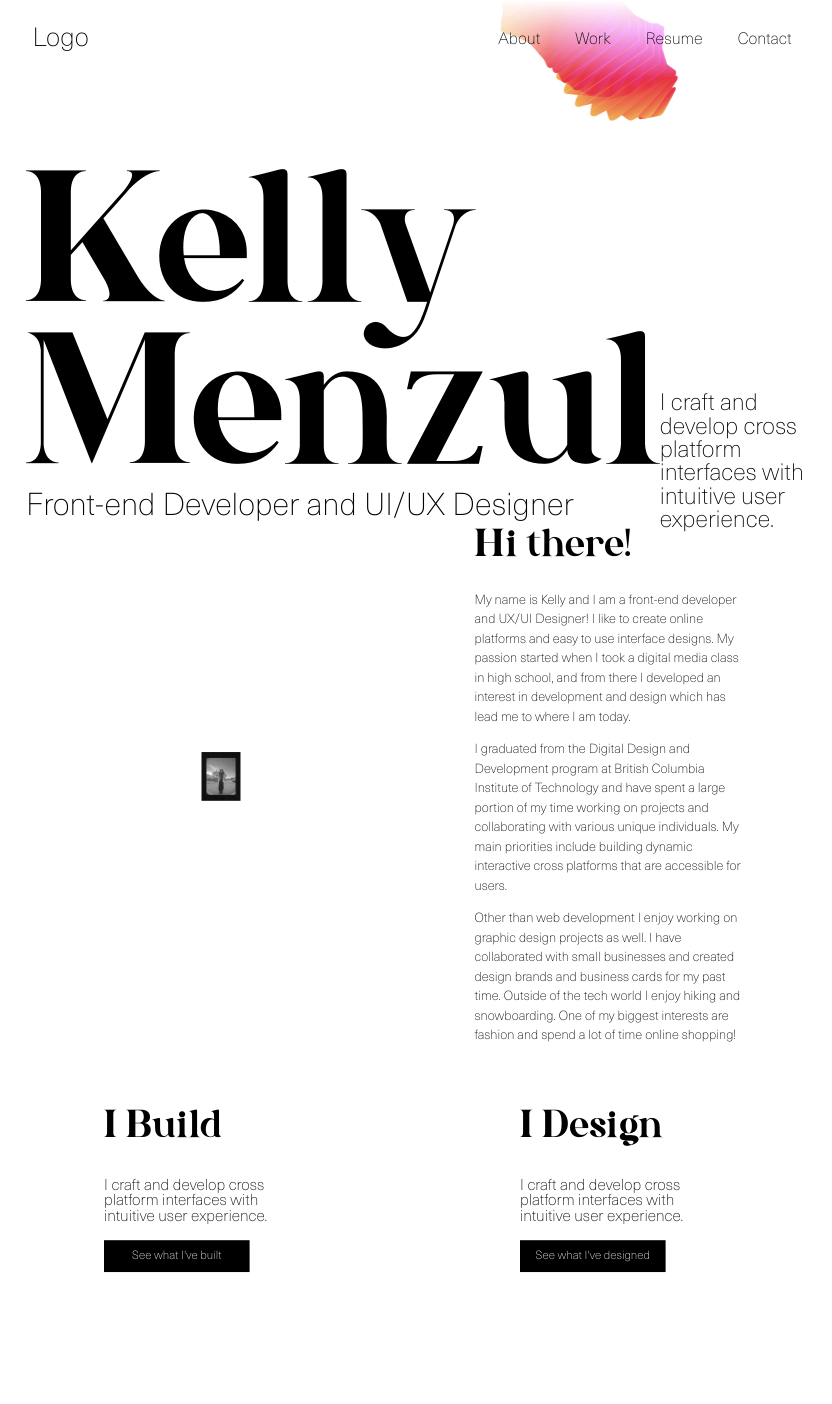
Repository: KellyMenzul/Kelly-Menzul
Page: /
An editor plug-in stored every save of this project. The page is shown before and after the next save, followed by the edit.
The browser window is 1280 px wide. The pictures show the whole page, at 65% of full size.
The project was rebuilt for these pictures with package versions that can differ from the ones it lists, and the page was loaded fresh each time. The framework's server and built-in components were replaced by stand-ins that run in the browser. Also part of the build but not shown: next.config.js.

Above is the page before, as saved 2022-01-20 15:10:05.

### pages/_document.js
import Document from 'next/document';
import { ServerStyleSheet } from 'styled-components';

export default class MyDocument extends Document {
 static async getInitialProps(ctx) {
   const sheet = new ServerStyleSheet();
   const originalRenderPage = ctx.renderPage;

   try {
     ctx.renderPage = () =>
       originalRenderPage({
         enhanceApp: (App) => (props) =>
           sheet.collectStyles(<App {...props} />),
       });

     const initialProps = await Document.getInitialProps(ctx);
     return {
       ...initialProps,
       styles: (
         <>
           {initialProps.styles}
           {sheet.getStyleElement()}
         </>
       ),
     };
   } finally {
     sheet.seal();
   }
 }
}

### pages/index.js
import Image from 'next/image'
import styled from 'styled-components'
import MenuBar from '../comps/MenuBar'
import Name from '../comps/Name'
import Position from '../comps/Position'
import Intro from '../comps/Intro'
import Head from '../comps/Head'
import Work from '../comps/Work'
import { useState, useEffect } from "react";
import Load from '../comps/Load'


const Holder = styled.div`
display:flex;
flex-direction:column;
width:100%;
flex-wrap:wrap;
`
const MenuHolder = styled.div`
display:flex;
flex-direction:column;
width:100%;
position:fixed;
`
const LandingHolder = styled.div`
display:flex;
position:relative;
width:100%;
height:100vh;
padding:40px;
flex-wrap:wrap;
`
const LandingHolderLeft = styled.div`
display:flex;
width:100%;
flex:2;
flex-direction:column;
justify-content:flex-end;
`

const LandingHolderRight = styled.div`
display:flex;
flex:1;
align-items:flex-end;
justify-content:flex-end;
`

const NameHolder = styled.div``

const IntroHolder = styled.div`
display:flex;
`
// About

const AboutHolder = styled.div`
display:flex;
flex-direction:row;
width:100%;
height:100vh;
padding:40px;
flex-wrap:wrap;
`

const  AboutHolderLeft = styled.div`
flex:1;
display:flex;
flex-direction:column;
justify-content:center;
align-items:center;
`

const  AboutHolderRight = styled.div`
display:flex;
flex-direction:column;
align-items:center;
justify-content:center;
flex:1;
`
const AboutMeHolder = styled.div`
display:flex;
flex-direction:column;
width:70%;
`

// work

const WorkHolder = styled.div `
display:flex;
flex-direction:row;
width:100%;
height:100vh;
flex-wrap:wrap;
`
const  WorkHolderLeft = styled.div`
display:flex;
align-items:center;
justify-content:center;
flex:1;
`

const  WorkHolderRight = styled.div`
flex:1;
display:flex;
align-items:center;
justify-content:center;
`

const LoadHolder = styled.div`
position:absolute;
z-index:-1;
left:40% ;
bottom:40%;
`
const TextHolder  =styled.div``

const HeroImage = styled.img`
width:10%;
`

export default function Home() {
  // const [setup1, setSetup1] =  useState(false)

  // if (setup1 === false) {
  //   setTimeout(() => {
  //     setSetup1(true)
  //   },5000)

  //   return <LoadHolder>
  //     <Load/>
  //     <TextHolder>Welcome</TextHolder>
  //   </LoadHolder>
  // }

  return (
    <Holder>
      <MenuHolder>
        <MenuBar />
      </MenuHolder>


      <LandingHolder id='landing'>
        <LoadHolder>
          <Load/>
        </LoadHolder>

        <LandingHolderLeft>
          <NameHolder>
            <Name/>
            <Position topmargin='-160px'/>
          </NameHolder>
        </LandingHolderLeft>

        <LandingHolderRight>
          <IntroHolder>
           <Intro/>
          </IntroHolder>
        </LandingHolderRight>
      </LandingHolder>

      <AboutHolder id='about'>
        <AboutHolderLeft>
          <HeroImage width="70%" src='/me.png'/>
        </AboutHolderLeft>
        <AboutHolderRight>
            <AboutMeHolder>
              <Head text='Hi there!'/>
              <Position fontsize='20px' text='My name is Kelly and I am a front-end developer and UX/UI Designer! I like to create online platforms and easy to use interface designs. My passion started when I took a digital media class in high school, and from there I developed an interest in development and design which has lead me to where I am today.'/>
              <Position fontsize='20px' text='I graduated from the Digital Design and Development program at British Columbia Institute of Technology and have spent a large portion of my time working on projects and collaborating with various unique individuals. My main priorities include building dynamic interactive cross platforms that are accessible for users.'/>
              <Position fontsize='20px' text='Other than web development I enjoy working on graphic design projects as well. I have collaborated with small businesses and created design brands and business cards for my past time. Outside of the tech world I enjoy hiking and snowboarding. One of my biggest interests are fashion and spend a lot of time online shopping!'/>
            </AboutMeHolder>
        </AboutHolderRight>
      </AboutHolder>

      <WorkHolder id='work'>
        <WorkHolderLeft>
          <Work routeTo='/development' buttontext="See what I've built" text='I craft and develop cross platform interfaces with intuitive user experience.' headerhere='I Build'/>
        </WorkHolderLeft>
        <WorkHolderRight>
          <Work routeTo='/design' buttontext="See what I've designed" text='I craft and develop cross platform interfaces with intuitive user experience.' headerhere='I Design'/>
        </WorkHolderRight>
      </WorkHolder>



    </Holder>
  )
}

### styles/globals.css
@font-face {
  font-family: "textbold";
  src: url(../public/fonts/NeueHaasUnica/NeueHaasUnica-Bold.ttf);
  font-display: swap;
}

@font-face {
  font-family: "textlight";
  src: url(../public/fonts/NeueHaasUnica/NeueHaasUnica-ExtraLight.ttf);
  font-display: swap;
}

@font-face {
  font-family: "heading";
  src: url(../public/fonts/GishellaMorely/Gishella\ Morely.ttf);
  font-display: swap;
}

html,
body {
  padding: 0;
  margin: 0;
  font-family: "textlight";
  scroll-behavior: smooth;
}


a {
  color: inherit;
  text-decoration: none;
}

* {
  box-sizing: border-box;
}

### comps/MenuBar/index.js
import styled from "styled-components";
import React from "react";
import Link from "next/link";

const Holder = styled.div `
display:flex;
align-items:center;
justify-content:center;
width:100%;
background: rgb(255,255,255);
background: linear-gradient(180deg, rgba(255,255,255,1) 0%, rgba(148,187,233,0) 100%);
`
const LogoHolder = styled.div `
margin-left:50px;
`

const Left = styled.div`
flex:1;
`

const Right = styled.div`
flex:1;
display:flex;
justify-content:flex-end;
`

const MenuButtonHolder = styled.div`
display:flex;
flex-firection:row;
width:100%;
justify-content:flex-end;
gap:30px;
margin-right:50px;
`

const MenuButton = styled.button`
border-style:none;
background-color:${props=>props.bgcolor};
font-family:"textlight";
font-size:25px;
color:black;
padding:12px;

&:hover {
    text-decoration:underline;
}
`

const Logo = styled.p`
font-size:40px;
`


const MenuBar = ({
    onButtonPress=()=>{},
    bgcolor="transparent",
}) => {

    return <Holder>
        <Left>
            <Link href="#landing">
            <LogoHolder>
                <Logo>Logo</Logo>
            </LogoHolder>
            </Link>
        </Left>
        <Right>
            <MenuButtonHolder>
                <Link href="#about">
                    <MenuButton bgcolor={bgcolor} onClick={()=>{onButtonPress()}}>About</MenuButton>
                </Link>

                <Link href="#work">
                <MenuButton bgcolor={bgcolor}>Work</MenuButton>
                </Link>

                <MenuButton bgcolor={bgcolor}>Resume</MenuButton>

                <Link href="mailto:kmnzul@gmail.com">
                <MenuButton bgcolor={bgcolor}>Contact</MenuButton>
                </Link>

            </MenuButtonHolder>
        </Right>
    </Holder>
}

export default MenuBar;

### comps/Name/index.js
import styled from "styled-components";
import React from "react";
import { style } from "@mui/system";

const TextHolder = styled.div `
dispay:flex;
flex-wrap:wrap;
width:100%;

`

const Text = styled.h1`
font-family:"heading";
font-size:288px;
font-weight:400;
line-height:250px;
`

const Name = ({}) => {
    return <TextHolder>
        <Text>Kelly Menzul</Text>
        </TextHolder>

}

export default Name;

### comps/Position/index.js
import styled from "styled-components";
import React from "react";

const TextHolder = styled.div`
dispay:flex;
flex-wrap:wrap;
width:100%;
`

const Text = styled.p`
font-family:"textlight";
font-size:${props=>props.fontsize};
font-weight:400;
margin-top:${props=>props.topmargin};
line-height:30px;
`
// margin-top:-160px;
const Position = ({
    text = "Front-end Developer and UI/UX Designer",
    fontsize = "48px",
    topmargin = "0px"
}) => {
    return <TextHolder>
    <Text topmargin={topmargin} fontsize={fontsize}>{text}</Text>
    </TextHolder>
}

export default Position;

### comps/Intro/index.js
import styled from "styled-components";
import React from "react";

const TextHolder = styled.div `
dispay:flex;
flex-wrap:wrap;
width:100%;

`

const Text = styled.h1`
font-family:"textlight";
font-weight:400;
font-size:36px;
`

const Intro = ({}) => {
    return <TextHolder>
        <Text>I craft and develop cross platform interfaces with intuitive user experience.</Text>
        </TextHolder>

}

export default Intro;

### comps/Head/index.js
import styled from "styled-components";
import React from "react";

const TextHolder = styled.div `
dispay:flex;
flex-wrap:wrap;
width:100%;

`

const Text = styled.h1`
font-family:"heading";
font-size:${props=>props.headsize};
font-weight:400;
`

const Head = ({
    headsize="60px",
    text="Heading"
}) => {
    return <TextHolder>
        <Text headsize={headsize}>{text}</Text>
        </TextHolder>

}

export default Head;

### comps/Work/index.js
import styled from "styled-components";
import React from "react";
import Head from "../Head";
import Position from "../Position";
import router, {useRouter} from 'next/router';

const Holder = styled.div `
display:flex;
flex-direction:column;
width:50%;
`

const Header = styled.h2 `
font-family:"heading";
font-size:${props=>props.headsize};
font-weight:400;
`

const Text = styled.p `
font-family:"textlight";
font-size:${props=>props.fontsize};
font-weight:400;
margin-top:${props=>props.topmargin};
`

const Button = styled.button `
border-style:none;
font-family:"textlight";
color:white;
background-color:black;
font-size:18px;
padding:15px;
width:70%;
transition:1s;

&: hover {
    background-color:#FF312E;
}


`

// margin-top:-160px;
const Work = ({
    headsize="60px",
    text = "text",
    fontsize = "24px",
    topmargin = "0px",
    headerhere='header',
    buttontext =  "buttontext",
    routeTo = '/.'

}) => {
    return <Holder>
        <Header headsize={headsize}>{headerhere}</Header>
        <Text topmargin={topmargin} fontsize={fontsize}>{text}</Text>
        <Button onClick={()=>router.push(routeTo)}>{buttontext}</Button>

    </Holder>
}

export default Work;

### comps/Load/index.js
import styled from 'styled-components';
import React, {useEffect, useRef, useState} from 'react';
import lottie from 'lottie-web';


const Container = styled.div`
    max-width:100%;
`

// const Buttons = styled.button``
var anim = null;


const Load = ({}) => {
    const container = useRef(null)

    useEffect(() => {
        anim = lottie.loadAnimation({
            container: container.current,
            renderer: 'svg',
            loop: true,
            autoplay:true,
            animationData: require('../../public/load.json')

        })
        lottie.setSpeed(0.1);
    }, [])

    return <Container>
        <div className="container" ref={container}></div>
    </Container>
}

export default Load;

Loaded but not shown: pages/_app.js (common file); public/load.json (1 lines, source omitted)

After the next save:
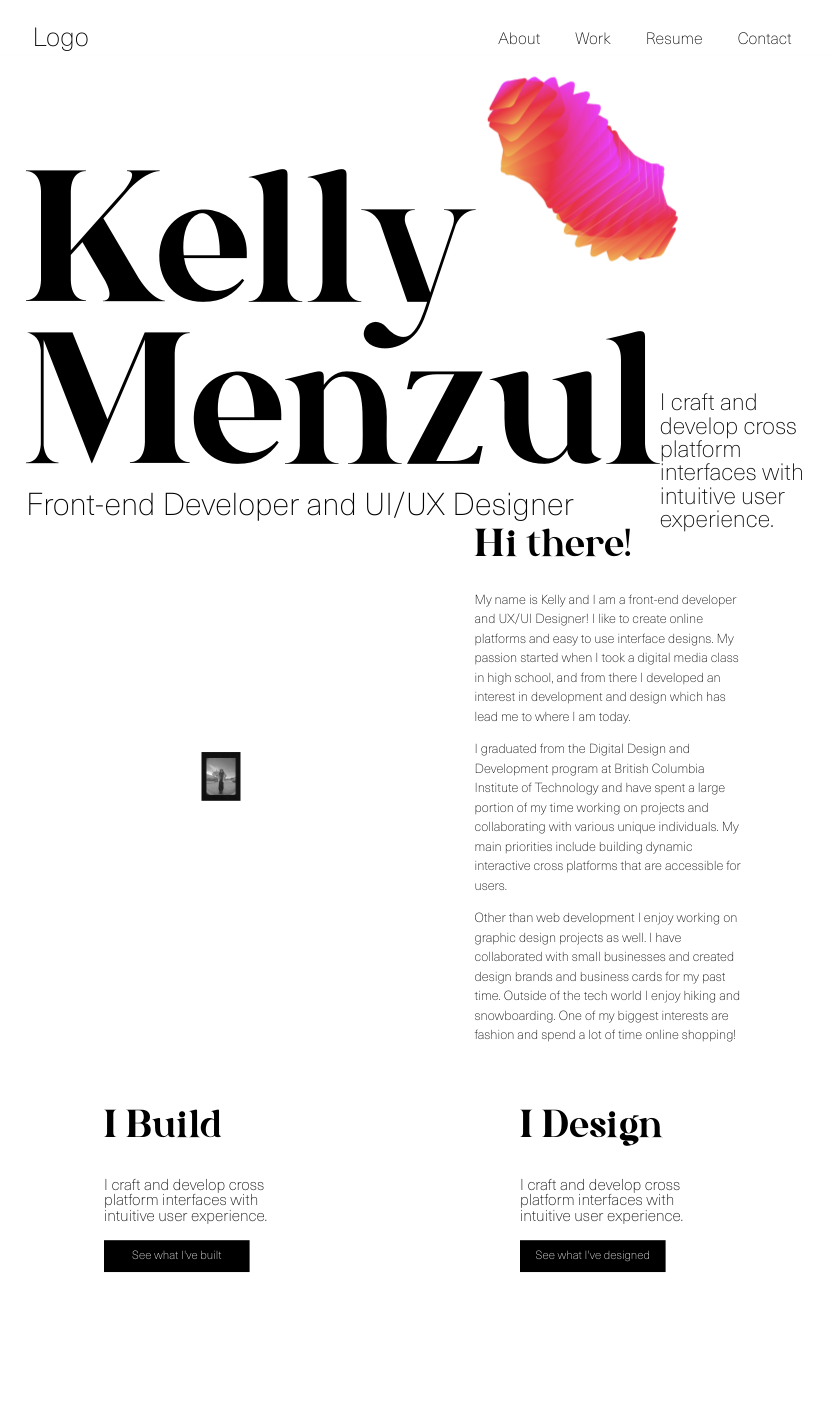
Saved 4 s later.
--- a/pages/index.js
+++ b/pages/index.js
@@ -109,7 +109,7 @@ const LoadHolder = styled.div`
 position:absolute;
 z-index:-1;
 left:40% ;
-bottom:40%;
+bottom:10%;
 `
 const TextHolder  =styled.div``
 
